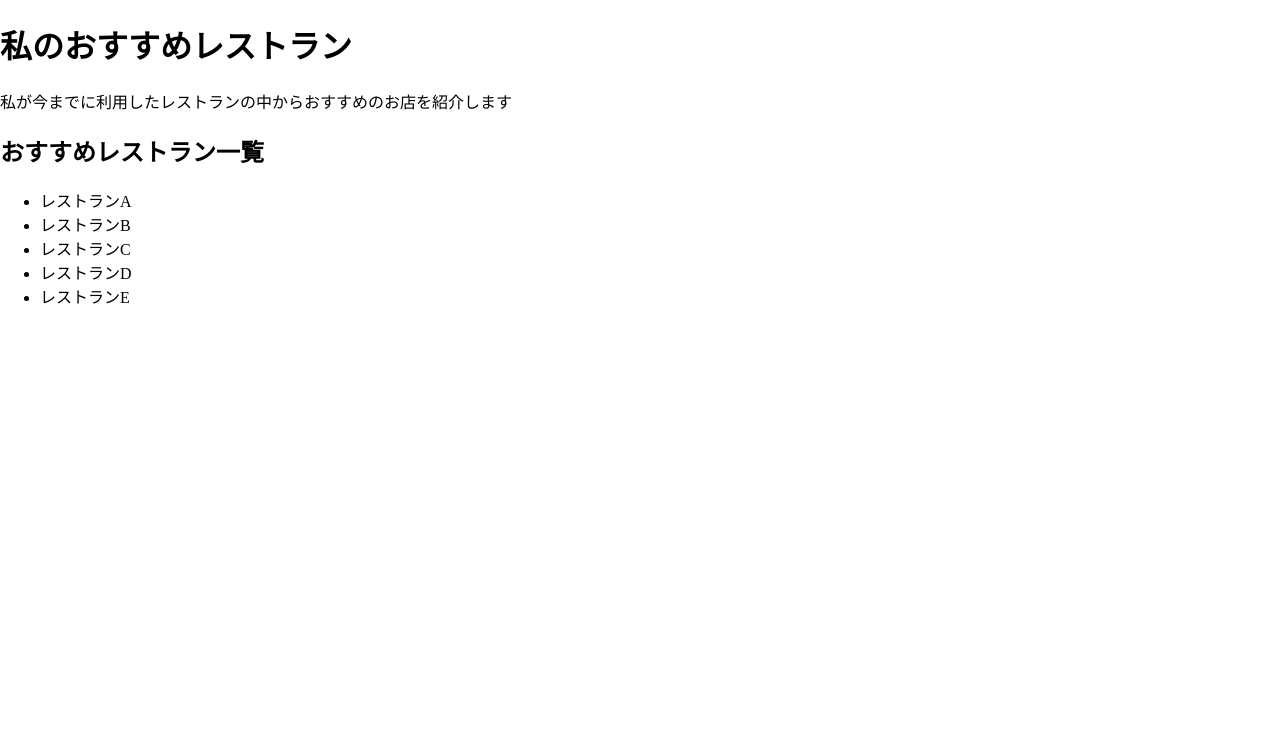
Repository: tsubasa2/restaurant
Page: 2021.2.html
The author's editor kept a record of every edit. The page is drawn from the files as they stood at one moment, then again after the next edit.
The browser window is 1280 px wide. The pictures show the whole page.

Above is the page before.

### 2021.2.html
<!DOCTYPE html>
<html lang="ja">
    <head>
        <meta charset="UTF-8">
        <title>私のおすすめレストラン</title>
        <link rel="stylesheet" href="style.css">
    </head>
    <body>
        <div id="wrapper">
            <h1>私のおすすめレストラン</h1>
            <p>私が今までに利用したレストランの中からおすすめのお店を紹介します</p>
            <div id="restraunt-list">
                <h2>おすすめレストラン一覧</h2>
                <ul>
                    <li>レストランA</li>
                    <li class="red bg-pink">レストランB</li>
                    <li class="bg-pink">レストランC</li>
                    <li>レストランD</li>
                    <li class="red">レストランE</li>
                </ul>
            </div>
        </div>
    </body>
</html>

### style.css
@charset "utf-8";
body {
    /*background-color: black;*/
    height: 100vh;
    margin: 0;
}

After the next edit:
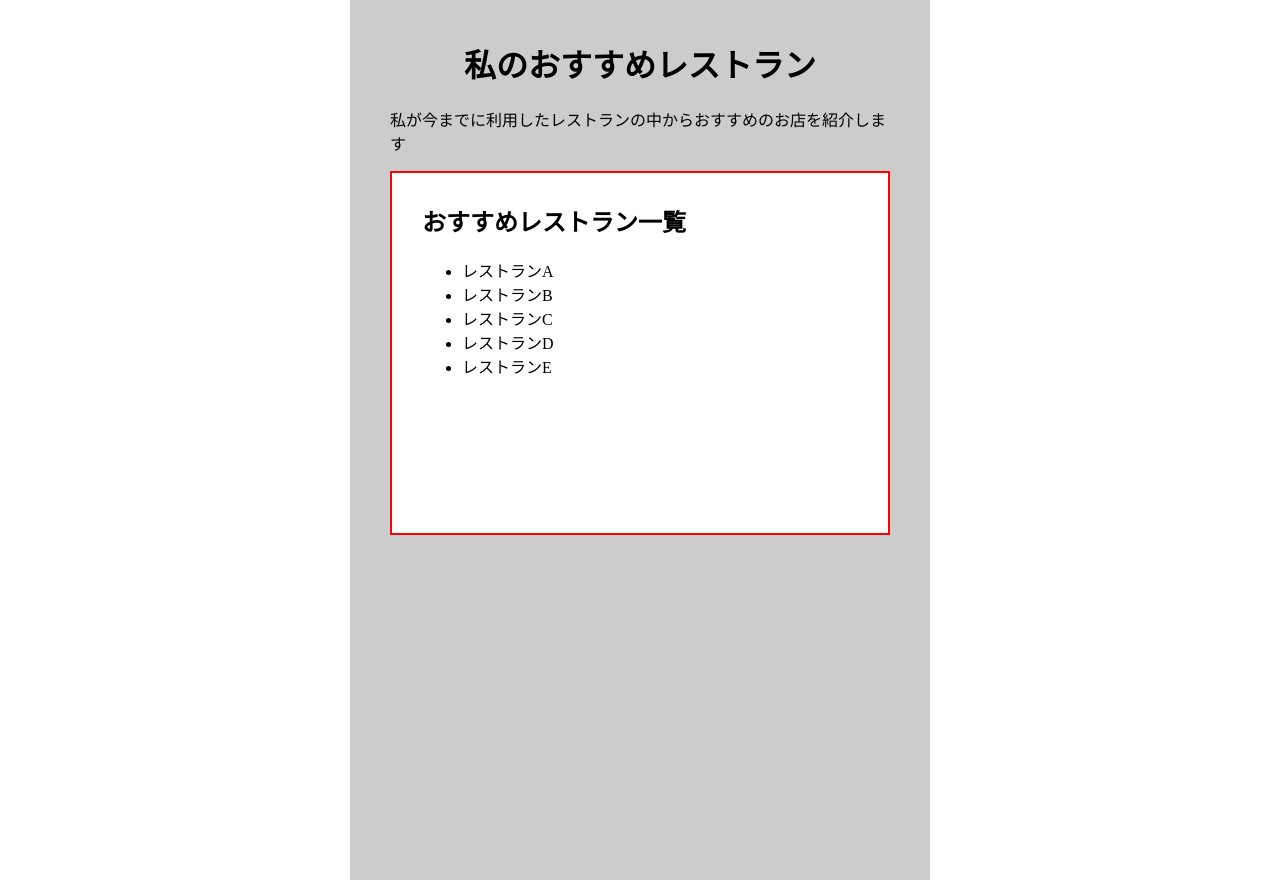
The edit:
--- a/style.css
+++ b/style.css
@@ -4,3 +4,27 @@ body {
     height: 100vh;
     margin: 0;
 }
+
+div#wrapper {
+    background-color: #ccc;
+    height: 800px;
+    width: 500px;
+    margin: 0 auto;
+    padding: 40px;
+}
+
+h1 {
+    margin-top: 0px;
+    text-align: center;
+}
+
+div#restraunt-list {
+    border: solid 2px red;
+    height: 300px;
+    background-color: white;
+    padding: 30px;
+}
+
+h2 {
+    margin-top: 0;
+}
